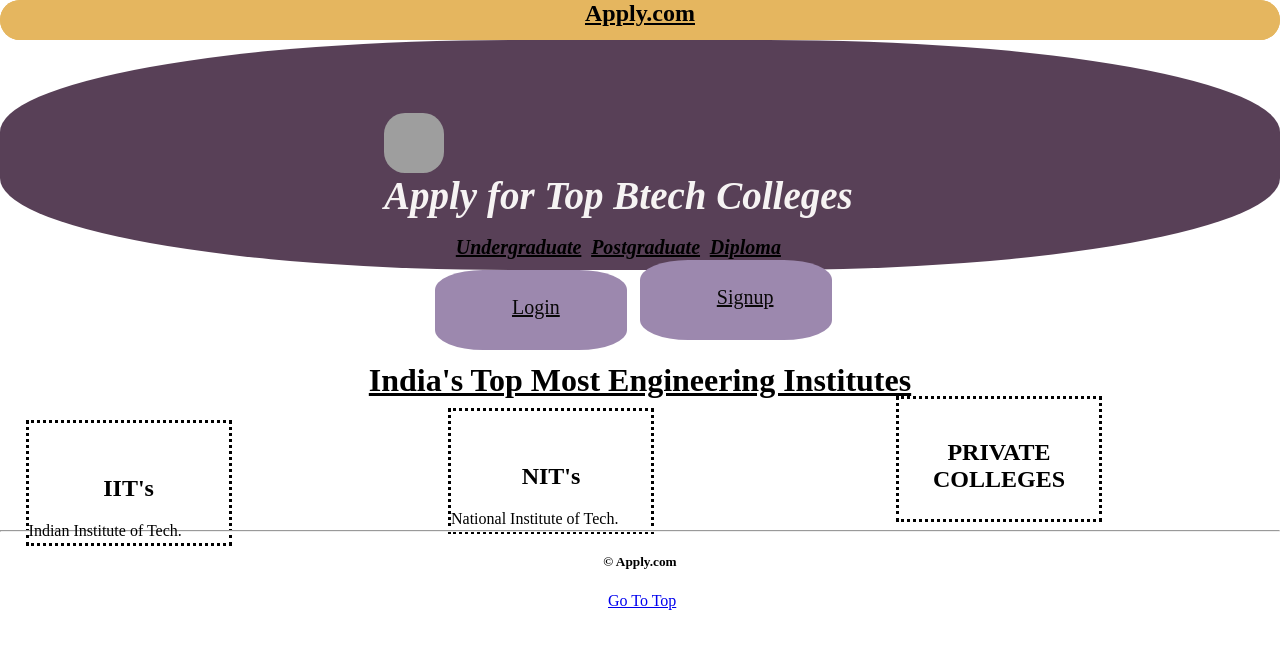
Repository: dashmeenkalra/dashmeen_kalra
Page: css/btech.html
An editor plug-in stored every save of this project. The page is shown before and after a run of saves, followed by the edit.
The browser window is 1280 px wide. The pictures show the whole page.
Pictures or frames that could not be fetched are drawn as grey boxes.

Above is the page before, as saved 2023-03-07 10:08:21.

After the next 2 saves:
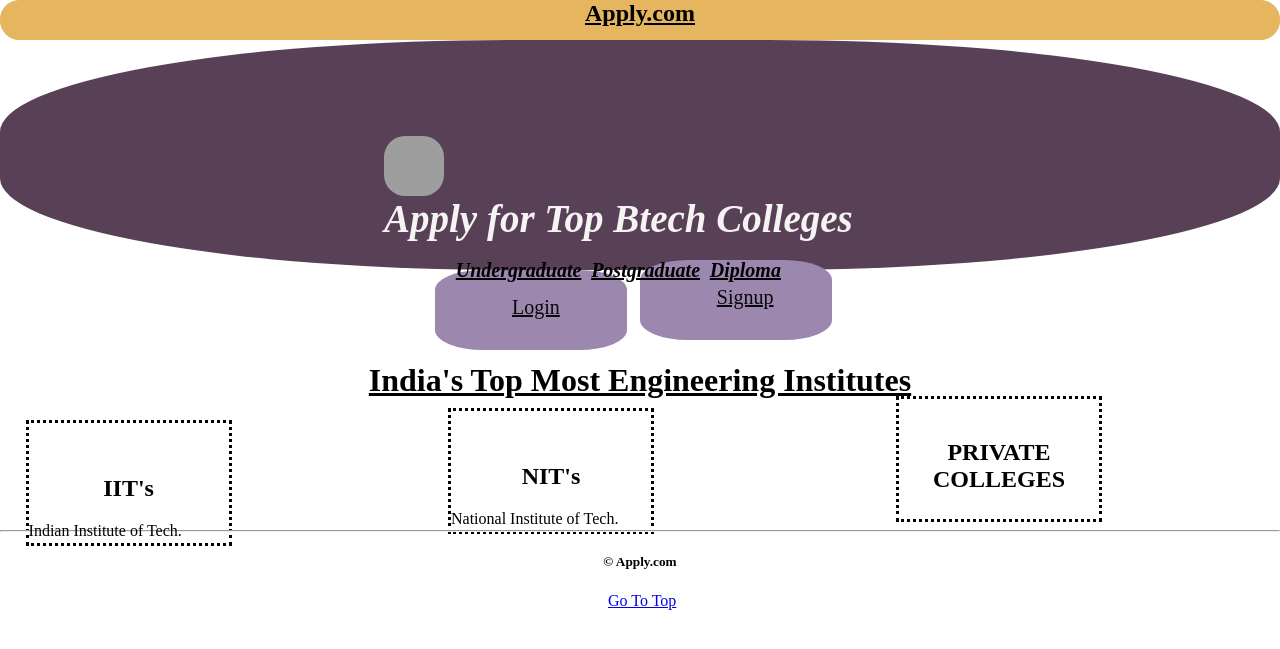
The 2 saves are shown as one change because they came seconds apart.
The last was saved 13 s later.
--- a/css/btech.css
+++ b/css/btech.css
@@ -21,7 +21,7 @@ header > h2{
     width: 60px;
     border-radius: 35%;
     background-color: aliceblue;
-    margin-top: -9%;
+    margin-top: -4%;
     background-image: url('https://th.bing.com/th/id/OIP.LoeVs1S4Xra84vvvtkj3PQHaLG?pid=ImgDet&rs=1');
     background-size: 45px;
 }
